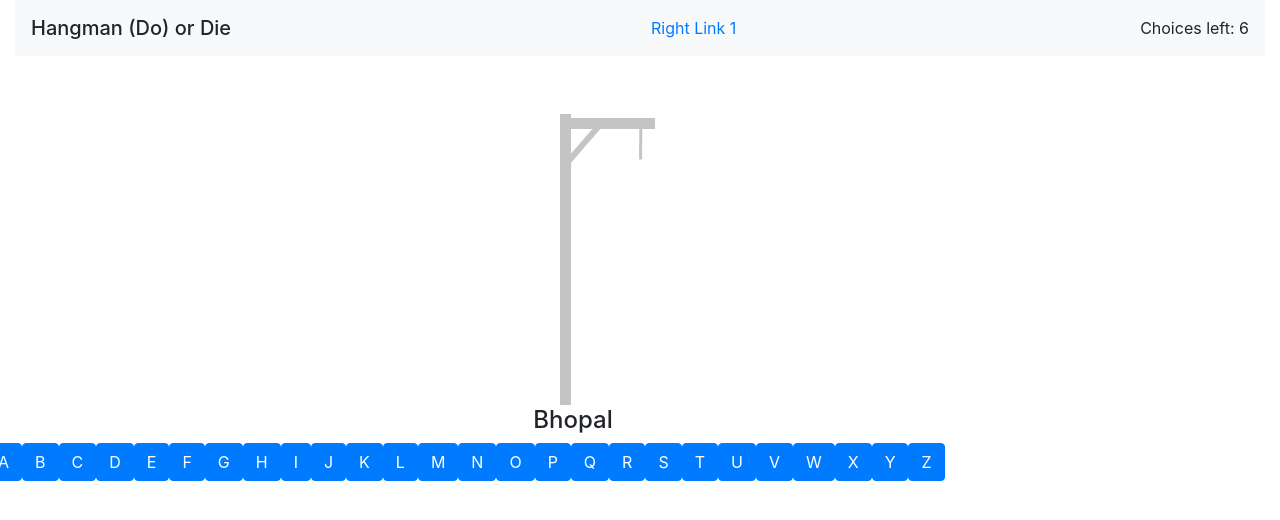
Repository: jatinhchanchlani/hangman
Page: /
These files come from the project's save history. The page is drawn as it stood at one moment and after the next save; the edit follows.
The browser window is 1280 px wide. The pictures show the whole page.
The project was rebuilt for these pictures with package versions that can differ from the ones it lists, and the page was loaded fresh each time. Also part of the build but not shown: src/App.css.

Above is the page before, as saved 2020-10-24 16:35:32.

### src/index.js
import React from 'react';
import ReactDOM from 'react-dom';
import './index.css';
import App from './App';
import * as serviceWorker from './serviceWorker';
import 'bootstrap/dist/css/bootstrap.css';

ReactDOM.render( <
  React.StrictMode >
  <
  App / >
  <
  /React.StrictMode>,
  document.getElementById('root')
);

// If you want your app to work offline and load faster, you can change
// unregister() to register() below. Note this comes with some pitfalls.
// Learn more about service workers: https://bit.ly/CRA-PWA
serviceWorker.unregister();

### src/App.js
import React from 'react';
import './App.css';
import Game from './components/game';

function App() {
  return ( <
    Game / >
  );
}

export default App;

### src/components/game.jsx
import React, { Component } from "react";
import Image from "./image";
import Header from "./header";
import Letters from "./letters";
import { getRandomCity } from "../model/cities";

const MAX_CHOICES = 6;

class Game extends Component {
  state = { maxChoices: MAX_CHOICES, choicesLeft: MAX_CHOICES };
  render() {
    return (
      <div className="container-fluid">
        <Header choicesLeft={this.state.choicesLeft} />
        <div className="row">
          <div className="col col-sm-5" />
          <div>
            <Image
              choicesLeft={this.state.choicesLeft}
              maxChoices={this.state.maxChoices}
            />
          </div>
        </div>
        <div className="row">
          <div className="col col-sm-5" />
          <h4>{getRandomCity()}</h4>
        </div>
        <div className="row">
          <div className="col col-sm-5" />
          <Letters />
        </div>
      </div>
    );
  }
}

export default Game;

### src/components/image.jsx
import React, { Component } from "react";

class Image extends Component {
  render() {
    const { choicesLeft, maxChoices } = this.props;
    const imagePath = maxChoices - choicesLeft + ".jpg";
    return (
      <img
        className="card-image image-fluid"
        src={require("../images/" + imagePath)}
        alt={imagePath}
      />
    );
  }
}

export default Image;

### src/components/header.jsx
import React, { Component } from "react";

class Header extends Component {
  render() {
    return (
      <nav className="navbar navbar-expand-sm bg-light">
        <span className="navbar-brand mb-0 h1">Hangman (Do) or Die</span>

        <ul class="navbar-nav ml-auto">
          <li class="nav-item">
            <a class="nav-link">Right Link 1</a>
          </li>
        </ul>
        <span className="navbar-text nav-item ml-auto">
          Choices left: {this.props.choicesLeft}
        </span>
      </nav>
    );
  }
}

export default Header;

### src/components/letters.jsx
import React, { Component } from "react";

class Letters extends Component {
  render() {
    return (
      <div className="row">
        {Array(26)
          .fill()
          .map((_, index) => String.fromCharCode("A".charCodeAt(0) + index))
          .map((char) => (
            <button key={char} className="btn btn-primary">
              {char}
            </button>
          ))}
      </div>
    );
  }
}

export default Letters;

### src/model/cities.js
const MIN = 0;
const MAX = 24;

const cities = {
    0: "Mumbai",
    1: "New Delhi",
    2: "Chennai",
    3: "Hyderabad",
    4: "Bengaluru",
    5: "Ahmedabad",
    6: "Jaipur",
    7: "Kolkata",
    8: "Lucknow",
    9: "Bhopal",
    10: "Chandigarh",
    11: "Patna",
    12: "Jabalpur",
    13: "Pune",
    14: "Surat",
    15: "Indore",
    16: "Kanpur",
    17: "Visakhapatnam",
    18: "Agra",
    19: "Varanasi",
    20: "Amritsar",
    21: "Udaipur",
    22: "Noida",
    23: "Ludhiana",
    24: "Gwalior",
}

// Returns a random number between min and max. Min and max are both inclusive
export function getRandomIntInclusive(min, max) {
    min = Math.ceil(min);
    max = Math.floor(max);
    return Math.floor(Math.random() * (max - min + 1) + min);
}

export function getRandomCity() {
    return cities[getRandomIntInclusive(MIN, MAX)];
}

Loaded but not shown: public/index.html (common file); src/index.css (common file); src/serviceWorker.js (common file)

After the next save:
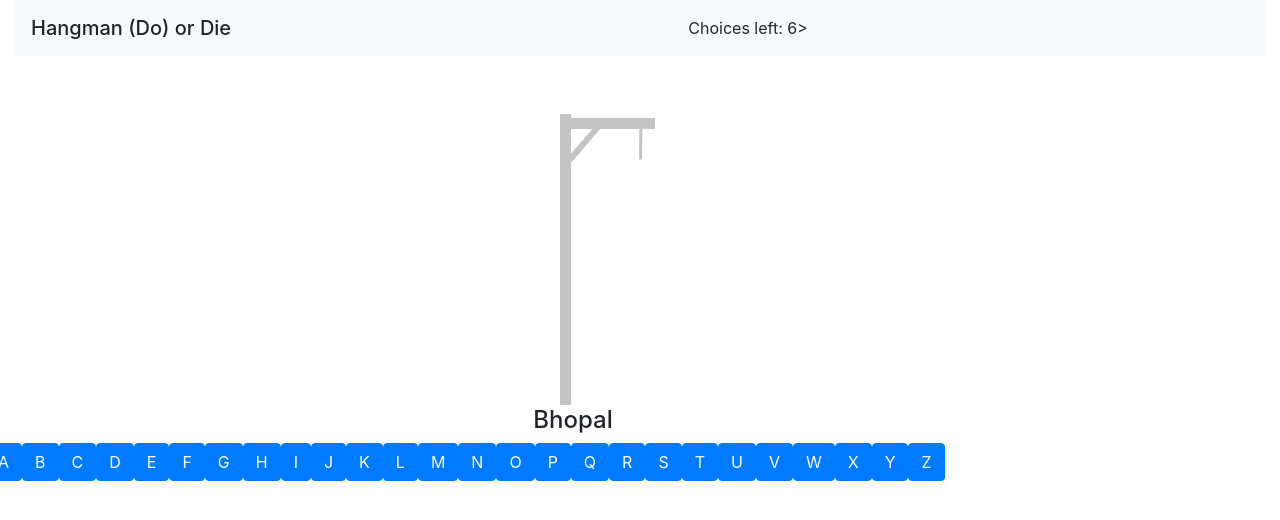
Saved 35 s later.
--- a/src/components/header.jsx
+++ b/src/components/header.jsx
@@ -6,14 +6,12 @@ class Header extends Component {
       <nav className="navbar navbar-expand-sm bg-light">
         <span className="navbar-brand mb-0 h1">Hangman (Do) or Die</span>
 
-        <ul class="navbar-nav ml-auto">
-          <li class="nav-item">
-            <a class="nav-link">Right Link 1</a>
+        <ul className="navbar-nav ml-auto">
+          <li className="nav-item">
+            <span>Choices left: {this.props.choicesLeft}></span>
           </li>
         </ul>
-        <span className="navbar-text nav-item ml-auto">
-          Choices left: {this.props.choicesLeft}
-        </span>
+        <span className="navbar-text nav-item ml-auto"></span>
       </nav>
     );
   }
